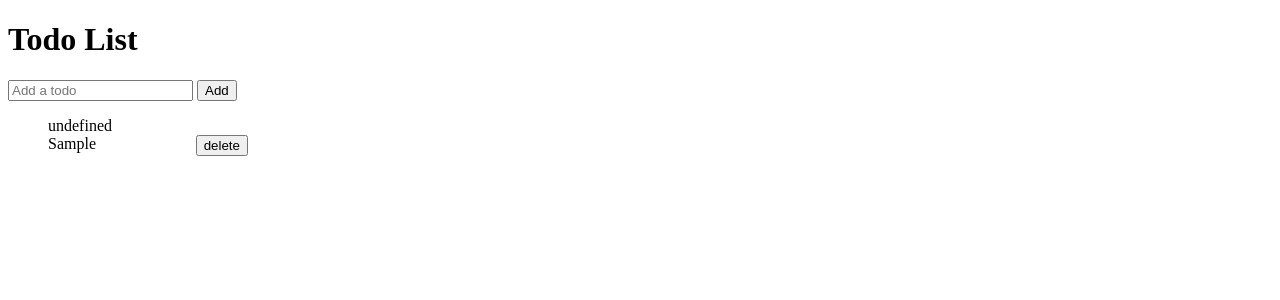
Repository: ble-syn/Todo-list
Page: index.html
These files come from the project's save history. The page is drawn as it stood at one moment and after the next save; the edit follows.
The browser window is 1280 px wide. The pictures show the whole page.
Empty fields were first filled with sample values (such as "Sample", 5 or name@example.com).
After loading, the first visible `button` was clicked once.

Above is the page before, as saved 2022-10-20 16:50:28.

### index.html
<!DOCTYPE html>
<html lang="en">
<head>
    <meta charset="UTF-8">
    <meta http-equiv="X-UA-Compatible" content="IE=edge">
    <meta name="viewport" content="width=device-width, initial-scale=1.0">
    <title>Todo List</title>
</head>
<body>

    <main>
        <h1>Todo List</h1>
            <input type="text" name="todo" placeholder="Add a todo">
            <button>Add</button>
            <ul id="list"></ul>
    </main>

    <script src="app.js"></script>
</body>
</html>

### app.js
const todo = document.querySelector("input");
const button = document.querySelector("button");
let todoList = document.querySelector("#list");

let todoArray = [];

function render() {
  let items;
  const getLocalStorage = JSON.parse(localStorage.getItem("todos"));

  getLocalStorage.map((element, index) => {
    items += `
            <li style="display: flex; justify-content: space-between; width: 200px;">
                <span>${element}</span>
                <button id="${index}" onclick="delFunc(${index})">delete</button>

            </li>
        `;
  });
  todoList.innerHTML = items;
  console.log(typeof todoList)
}

function delFunc(index) {
    getLocalStorage.splice(index, 1);
  render();
}

button.addEventListener("click", () => {
  const value = todo.value;
  if (value === "") {
    return;
  }
  todoArray.push(value);
  localStorage.setItem("todos", JSON.stringify(todoArray));
  render();
  todo.value = "";

});
// render()

// localStorage.setItem("lastname", "Smith");
// localStorage.getItem("lastname");

After the next save:
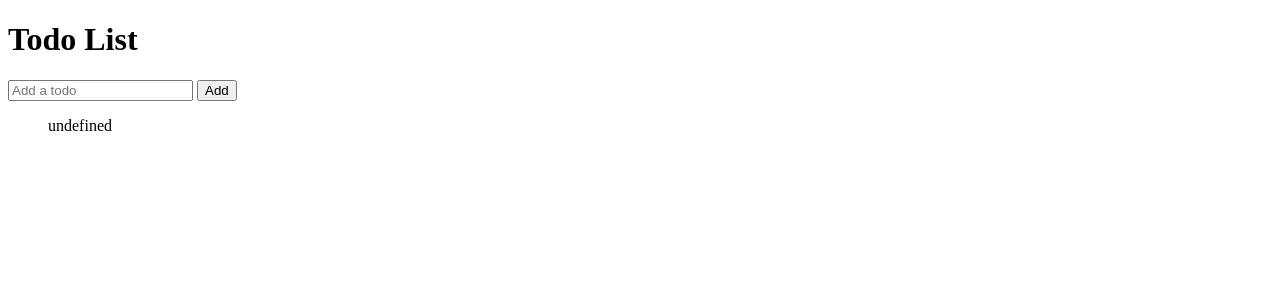
Saved 43 s later.
--- a/app.js
+++ b/app.js
@@ -8,7 +8,9 @@
   let items;
   const getLocalStorage = JSON.parse(localStorage.getItem("todos"));
 
-  getLocalStorage.map((element, index) => {
+  getLocalStorage.forEach(element => {
+
+  });((element, index) => {
     items += `
             <li style="display: flex; justify-content: space-between; width: 200px;">
                 <span>${element}</span>
@@ -22,7 +24,7 @@
 }
 
 function delFunc(index) {
-    getLocalStorage.splice(index, 1);
+  getLocalStorage.splice(index, 1);
   render();
 }
 

After the save that followed:
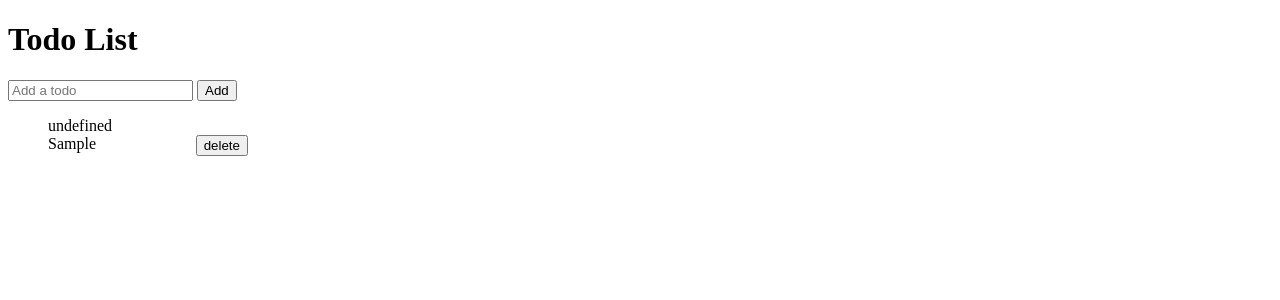
Saved 37 s later.
--- a/app.js
+++ b/app.js
@@ -8,9 +8,7 @@
   let items;
   const getLocalStorage = JSON.parse(localStorage.getItem("todos"));
 
-  getLocalStorage.forEach(element => {
-
-  });((element, index) => {
+  getLocalStorage.forEach((element, index) => {
     items += `
             <li style="display: flex; justify-content: space-between; width: 200px;">
                 <span>${element}</span>
